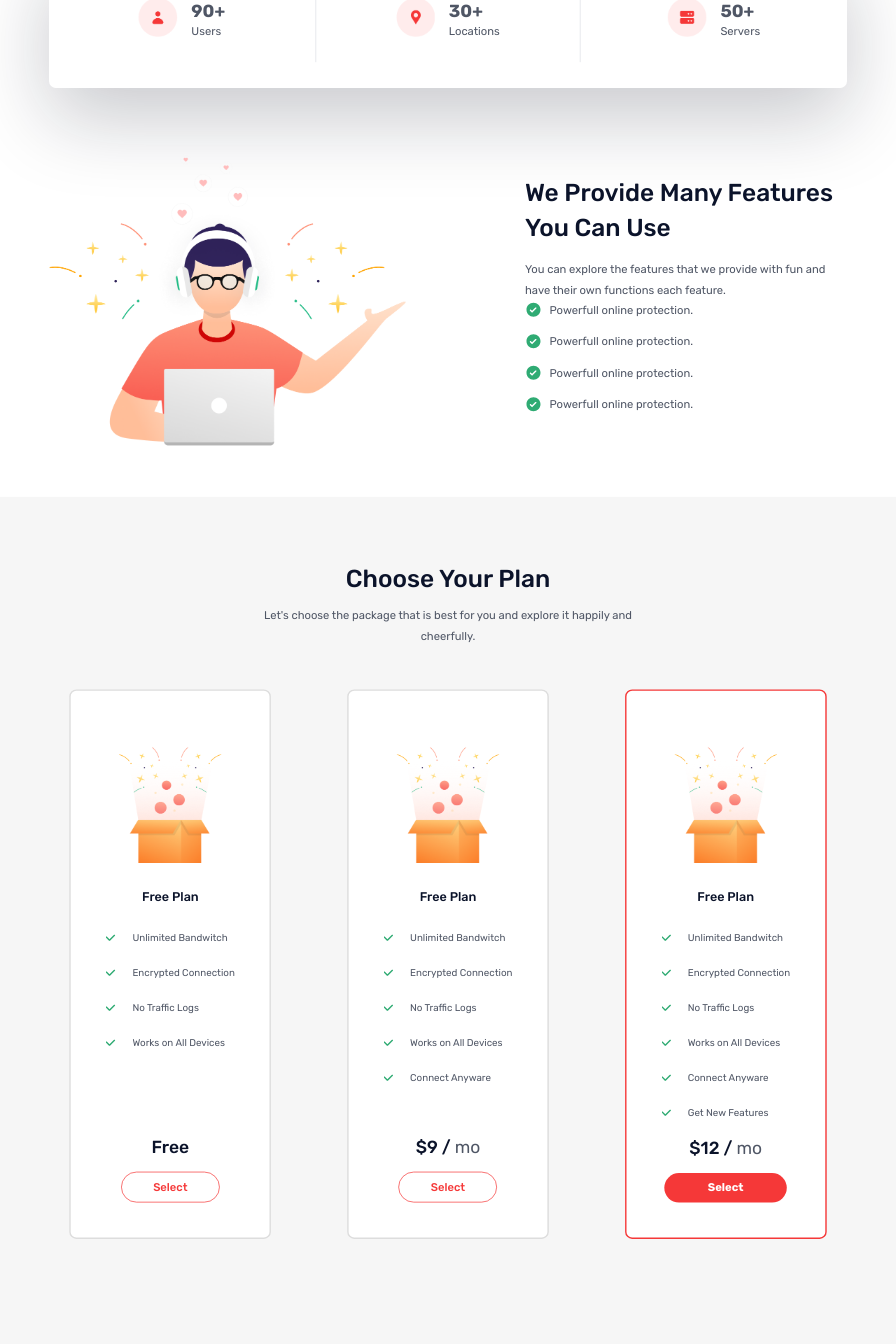
Repository: PhamTrungNguyen/LuyenTap
Page: LT_Figma/index.html
An editor plug-in stored every save of this project. The page is shown before and after a run of saves, followed by the edit.
The browser window is 1280 px wide. The pictures show the part of the page from y = 677 to 2597 px (the page is 2597 px tall), at 70% of full size.
Some web libraries are served in a nearby version. The style sheet was rebuilt from its Sass, Less or Tailwind sources for each picture, by a compiler version that may differ from the author's.

Above is the page before, as saved 2021-12-08 22:47:59.
Console error: TypeError: Cannot read properties of null (reading 'addEventListener')

### LT_Figma/index.html
<!DOCTYPE html>
<html lang="en">

<head>
  <meta charset="UTF-8" />
  <meta http-equiv="X-UA-Compatible" content="IE=edge" />
  <meta name="viewport" content="width=device-width, initial-scale=1.0" />
  <title>Lasles VPN</title>
  <link rel="stylesheet" href="./css/reset.css">
  <link rel="stylesheet" href="./css/app.css" />
  <!-- Link font chữ -->
  <link rel="preconnect" href="https://fonts.googleapis.com">
  <link rel="preconnect" href="https://fonts.gstatic.com" crossorigin>
  <link href="https://fonts.googleapis.com/css2?family=Rubik:wght@400;500;700&display=swap" rel="stylesheet">
</head>

<body>
  <div class="wrapper">
    <!-- ---------------------------------- Phần header ---------------------------------- -->
    <header class="header">
      <div class="container">
        <div class="header-container">
          <img srcset="./images/logo.png 2x" alt="" class="header-logo"> <!-- độ nét logo -->
          <ul class="menu">
            <li class="menu-item">
              <a href="#" class="menu-link">About</a>
            </li>
            <li class="menu-item">
              <a href="#" class="menu-link">Features</a>
            </li>
            <li class="menu-item">
              <a href="#" class="menu-link">Pricing</a>
            </li>
            <li class="menu-item">
              <a href="#" class="menu-link">Testimonials</a>
            </li>
            <li class="menu-item">
              <a href="#" class="menu-link">Help</a>
            </li>
          </ul>
          <div class="header-user">
            <a href="#" class="header-user_in">Sign In</a>
            <a href="#" class="button button--outline">Sign Up</a>
          </div>
        </div>
      </div>
    </header>

    <!-- ---------------------------------- Phần hero ---------------------------------- -->
    <section class="hero">
      <div class="container">
        <div class="hero-container">
          <div class="hero-content">
            <h2 class="hero-content_heading">Want anything to be easy with LaslesVPN.</h2>
            <span class="hero-content_desc">Provide a network for all your needs with ease and fun using
              <strong>LaslesVPN</strong> discover interesting features from us.</span>
            <a href="#" class="button button--primary">Get Started</a>
          </div>
          <div class="hero-image">
            <img srcset="./images/hero-image.png 2x" alt="">
          </div>
        </div>
      </div>
    </section>

    <!-- ---------------------------------- Phần intro ---------------------------------- -->
    <section class="intro">
      <div class="container">
        <div class="intro-container">
          <div class="intro-item">
              <div class="intro-item_user">
                <img srcset="./images/user.png 2x" alt="">
              </div>
              <div class="intro-item_info">
                <h2 class="intro-item_info__number">90+</h2>
                <span class="intro-item_intro__desc">Users</span>
              </div>
          </div>
          <div class="intro-item">
              <div class="intro-item_user">
                <img srcset="./images/location.png 2x" alt="">
              </div>
              <div class="intro-item_info">
                <h2 class="intro-item_info__number">30+</h2>
                <span class="intro-item_intro__desc">Locations</span>
              </div>
          </div>
          <div class="intro-item">
              <div class="intro-item_user">
                <img srcset="./images/server.png 2x" alt="">
              </div>
              <div class="intro-item_info">
                <h2 class="intro-item_info__number">50+</h2>
                <span class="intro-item_intro__desc">Servers</span>
              </div>
          </div>
        </div>
      </div>
    </section>
     <!-- ---------------------------------- Phần Features ---------------------------------- -->
     <section class="feature">
       <div class="container">
         <div class="feature-container">
           <div class="feature-image">
             <img srcset="./images/feature-image.png 2x" alt="">
           </div>
           <div class="feature-content">
             <h3 class="feature-title">We Provide Many Features You Can Use</h3>
             <span class="feature-desc">You can explore the features that we provide with fun and have their own functions each feature.</span>
             <ul class="feature-list">
               <li class="feature-item">
                 <img src="./images/icon-check.svg" alt="" class="feature-item_check">
                 <span class="feature-item_text">Powerfull online protection.</span>
               </li>
               <li class="feature-item">
                 <img src="./images/icon-check.svg" alt="" class="feature-item_check">
                 <span class="feature-item_text">Powerfull online protection.</span>
               </li>
               <li class="feature-item">
                 <img src="./images/icon-check.svg" alt="" class="feature-item_check">
                 <span class="feature-item_text">Powerfull online protection.</span>
               </li>
               <li class="feature-item">
                 <img src="./images/icon-check.svg" alt="" class="feature-item_check">
                 <span class="feature-item_text">Powerfull online protection.</span>
               </li>
             </ul>
           </div>
         </div>
       </div>
     </section>

     <!-- ---------------------------------- Phần Plan ---------------------------------- -->
     <section class="plan">
       <div class="container">
         <div class="plan-container">
           <div class="plan-heading">
             <h3 class="plan-heading_title">Choose Your Plan</h3>
             <span class="plan-heading_desc">Let's choose the package that is best for you and explore it happily and cheerfully.</span>
           </div>
           <div class="plan-main">
             <div class="plan-item">
               <div class="plan-item_image">
                 <img srcset="./images/plan.png 2x" alt="">
               </div>
               <h3 class="plan-item_title">Free Plan</h3>
               <ul class="plan-item--list">
                 <li class="plan-item_text">
                   <img src="./images/icon-check-line.svg" alt="" class="plan-item_icon">
                   <span class="plan-item_desc">Unlimited Bandwitch</span>
                 </li>
                 <li class="plan-item_text">
                   <img src="./images/icon-check-line.svg" alt="" class="plan-item_icon">
                   <span class="plan-item_desc">Encrypted Connection</span>
                 </li>
                 <li class="plan-item_text">
                   <img src="./images/icon-check-line.svg" alt="" class="plan-item_icon">
                   <span class="plan-item_desc">No Traffic Logs</span>
                 </li>
                 <li class="plan-item_text">
                   <img src="./images/icon-check-line.svg" alt="" class="plan-item_icon">
                   <span class="plan-item_desc">Works on All Devices</span>
                 </li>
               </ul>
               <h2 class="plan-item_free">Free</h2>
               <a href="#" class="button button--outline">Select</a>
             </div>

             <div class="plan-item">
               <div class="plan-item_image">
                 <img srcset="./images/plan.png 2x" alt="">
               </div>
               <h3 class="plan-item_title">Free Plan</h3>
               <ul class="plan-item--list">
                 <li class="plan-item_text">
                   <img src="./images/icon-check-line.svg" alt="" class="plan-item_icon">
                   <span class="plan-item_desc">Unlimited Bandwitch</span>
                 </li>
                 <li class="plan-item_text">
                   <img src="./images/icon-check-line.svg" alt="" class="plan-item_icon">
                   <span class="plan-item_desc">Encrypted Connection</span>
                 </li>
                 <li class="plan-item_text">
                   <img src="./images/icon-check-line.svg" alt="" class="plan-item_icon">
                   <span class="plan-item_desc">No Traffic Logs</span>
                 </li>
                 <li class="plan-item_text">
                   <img src="./images/icon-check-line.svg" alt="" class="plan-item_icon">
                   <span class="plan-item_desc">Works on All Devices</span>
                 </li>
                 <li class="plan-item_text">
                   <img src="./images/icon-check-line.svg" alt="" class="plan-item_icon">
                   <span class="plan-item_desc">Connect Anyware</span>
                 </li>
               </ul>
               <h2 class="plan-item_free">$9 / <span>mo</span></h2>
               <a href="#" class="button button--outline">Select</a>
             </div>

             <div class="plan-item plan-active">
               <div class="plan-item_image">
                 <img srcset="./images/plan.png 2x" alt="">
               </div>
               <h3 class="plan-item_title">Free Plan</h3>
               <ul class="plan-item--list">
                 <li class="plan-item_text">
                   <img src="./images/icon-check-line.svg" alt="" class="plan-item_icon">
                   <span class="plan-item_desc">Unlimited Bandwitch</span>
                 </li>
                 <li class="plan-item_text">
                   <img src="./images/icon-check-line.svg" alt="" class="plan-item_icon">
                   <span class="plan-item_desc">Encrypted Connection</span>
                 </li>
                 <li class="plan-item_text">
                   <img src="./images/icon-check-line.svg" alt="" class="plan-item_icon">
                   <span class="plan-item_desc">No Traffic Logs</span>
                 </li>
                 <li class="plan-item_text">
                   <img src="./images/icon-check-line.svg" alt="" class="plan-item_icon">
                   <span class="plan-item_desc">Works on All Devices</span>
                 </li>
                 <li class="plan-item_text">
                   <img src="./images/icon-check-line.svg" alt="" class="plan-item_icon">
                   <span class="plan-item_desc">Connect Anyware</span>
                 </li>
                 <li class="plan-item_text">
                   <img src="./images/icon-check-line.svg" alt="" class="plan-item_icon">
                   <span class="plan-item_desc">Get New Features</span>
                 </li>
               </ul>
               <h2 class="plan-item_free">$12 / <span>mo</span></h2>
               <a href="#" class="button button--rounded">Select</a>
             </div>




           </div>
         </div>
       </div>
     </section>

  </div>

  <script type="text/javascript" src="https://code.jquery.com/jquery-1.11.0.min.js"></script>
  <script type="text/javascript" src="https://code.jquery.com/jquery-migrate-1.2.1.min.js"></script>
  <script type="text/javascript" src="https://cdn.jsdelivr.net/npm/slick-carousel@1.8.1/slick/slick.min.js"></script>
  <script src="./scripts/app.js"></script>
  <!-- sass ./sass/app.scss ./css/app.css --watch -->
</body>

</html>

### LT_Figma/css/reset.css
/* http://meyerweb.com/eric/tools/css/reset/
   v2.0 | 20110126
   License: none (public domain)
*/

html,
body,
div,
span,
applet,
object,
iframe,
h1,
h2,
h3,
h4,
h5,
h6,
p,
blockquote,
pre,
a,
abbr,
acronym,
address,
big,
cite,
code,
del,
dfn,
em,
img,
ins,
kbd,
q,
s,
samp,
small,
strike,
strong,
sub,
sup,
tt,
var,
b,
u,
i,
center,
dl,
dt,
dd,
ol,
ul,
li,
fieldset,
form,
label,
legend,
table,
caption,
tbody,
tfoot,
thead,
tr,
th,
td,
article,
aside,
canvas,
details,
embed,
figure,
figcaption,
footer,
header,
hgroup,
menu,
nav,
output,
ruby,
section,
summary,
time,
mark,
audio,
video {
  margin: 0;
  padding: 0;
  border: 0;
  font-size: 100%;
  font: inherit;
  vertical-align: baseline;
}
/* HTML5 display-role reset for older browsers */
article,
aside,
details,
figcaption,
figure,
footer,
header,
hgroup,
menu,
nav,
section {
  display: block;
}
body {
  line-height: 1;
}
ol,
ul {
  list-style: none;
}
blockquote,
q {
  quotes: none;
}
blockquote:before,
blockquote:after,
q:before,
q:after {
  content: "";
  content: none;
}
table {
  border-collapse: collapse;
  border-spacing: 0;
}

### LT_Figma/scripts/app.js
$(".customer-list").slick({
  infinite: true,
  slidesToShow: 3,
  slidesToScroll: 1,
  dots: true,
  prevArrow: `<button type='button' class='slick-prev pull-left'><img src="./images/arrow-left.svg"/></button>`,
  nextArrow: `<button type='button' class='slick-next pull-right'><img src="./images/arrow-right.svg"/></button>`,
  responsive: [
    {
      breakpoint: 1024,
      settings: {
        slidesToShow: 2,
        slidesToScroll: 1,
        infinite: true,
        arrows: false,
      },
    },
    {
      breakpoint: 480,
      settings: {
        slidesToShow: 1,
        slidesToScroll: 1,
        infinite: true,
        arrows: false,
      },
    },
  ],
});
const toggle = document.querySelector(".menu-toggle");
const menu = document.querySelector(".menu");
const activeClass = "is-show";
toggle.addEventListener("click", function () {
  menu.classList.add(activeClass);
});
window.addEventListener("click", function (e) {
  if (!menu.contains(e.target) && !e.target.matches(".menu-toggle")) {
    menu.classList.remove(activeClass);
  }
});

### LT_Figma/sass/app.scss
@import "reset";
@import "variables";
@import "global";

@import "header";
@import "hero";
@import "intro";
@import "feature";
@import "plan";

### LT_Figma/sass/_reset.scss
/* http://meyerweb.com/eric/tools/css/reset/
   v2.0 | 20110126
   License: none (public domain)
*/

html,
body,
div,
span,
applet,
object,
iframe,
h1,
h2,
h3,
h4,
h5,
h6,
p,
blockquote,
pre,
a,
abbr,
acronym,
address,
big,
cite,
code,
del,
dfn,
em,
img,
ins,
kbd,
q,
s,
samp,
small,
strike,
strong,
sub,
sup,
tt,
var,
b,
u,
i,
center,
dl,
dt,
dd,
ol,
ul,
li,
fieldset,
form,
label,
legend,
table,
caption,
tbody,
tfoot,
thead,
tr,
th,
td,
article,
aside,
canvas,
details,
embed,
figure,
figcaption,
footer,
header,
hgroup,
menu,
nav,
output,
ruby,
section,
summary,
time,
mark,
audio,
video {
  margin: 0;
  padding: 0;
  border: 0;
  font-size: 100%;
  font: inherit;
  vertical-align: baseline;
  text-decoration: none;
}
/* HTML5 display-role reset for older browsers */
article,
aside,
details,
figcaption,
figure,
footer,
header,
hgroup,
menu,
nav,
section {
  display: block;
}
body {
  line-height: 1;
}
ol,
ul {
  list-style: none;
}
blockquote,
q {
  quotes: none;
}
blockquote:before,
blockquote:after,
q:before,
q:after {
  content: "";
  content: none;
}
table {
  border-collapse: collapse;
  border-spacing: 0;
}
*,
*:after,
*:before {
  margin: 0;
  padding: 0;
  box-sizing: border-box;
}

### LT_Figma/sass/_variables.scss
$font-1: "Rubik", sans-serif;
$text-color: #4F5665;
$title-color: #0b132a;
$red-color: #F53838;
$gray-color: #dde0e4;
$gray-light-color: #f8f8f8;
$gray-lighter-color: #ddd;

### LT_Figma/sass/_global.scss
body {
  line-height: 1;
  font-family: $font-1;
  color: $text-color;
  font-weight: 400;
  font-size: 16px;
  background-color: white;
}
html {
  font-size: 62.5%;
}
button {
  cursor: pointer;
  outline: none;
  border: none;
  font-family: $font-1;
}
.wrapper {
  // lớp bao ngoài
  max-width: 1440px;
  margin: 0 auto;
}
.container {
  // container bên trong
  max-width: 1240px;
  margin: 0 auto;
  padding: 0 50px;
}
.button {
  display: inline-block;
  padding: 13px 45px;
  border-radius: 100rem;
  font-family: $font-1;
  line-height: 1;
  font-size: 16px;
  cursor: pointer;
  border: none;
  outline: none;
  &--primary {
    font-weight: 700;
    background-color: $red-color;
    color: white;
    border-radius: 10px;
    padding: 17px 77px;
    position: relative;
    &:after {
      content: "";
      background: rgba(245, 56, 56, 0.979);
      filter: blur(26px);
      position: absolute;
      top: 80%;
      left: 50%;
      transform: translate(-50%, -50%);
      width: 80%;
      height: 100%;
      z-index: -1;
    }
  }
  &--outline {
    background-color: transparent;
    color: $red-color;
    font-weight: 500;
    border: 1px solid;
  }
  &--rounded {
    font-weight: 700;
    background-color: $red-color;
    color: white;
    padding: 13px 62px;
    position: relative;
    &:after {
      content: "";
      background: rgba(245, 56, 56, 0.979);
      filter: blur(26px);
      position: absolute;
      top: 80%;
      left: 50%;
      transform: translate(-50%, -50%);
      width: 80%;
      height: 100%;
      z-index: -1;
    }
  }
}

### LT_Figma/sass/_header.scss
.header {
  padding-top: 50px;
  padding-bottom: 90px;
  &-container {
    display: flex;
    justify-content: space-between;
    align-items: center;
    flex-wrap: wrap;
    position: relative;
  }
  &-user {
    font-weight: 500;
    &_in {
      margin-right: 3rem;
      color: $title-color;
    }
  }
}
.menu {
  display: flex;
  align-items: center;
  list-style: none;
  gap: 0 40px;
  &-link {
    color: $text-color;
  }
}
@media screen and (max-width: 1023px) {
  .header-user {
    position: absolute;
    right: 0;
    top: 80%;
    transform: translateY(50%);
  }
}
@media  screen and (max-width:767px){
  .menu{
    display: none;
  }

}

### LT_Figma/sass/_hero.scss
.hero {
  padding-bottom: 100px;
  &-container {
    display: flex;
    justify-content: space-between;
    align-items: center;
    gap: 0 40px;
    position: relative;
  }
  &-content {
    width: 100%;
    max-width: 555px;
    &_heading {
      font-weight: 500;
      color: $title-color;
      font-size: 50px;
      line-height: calc(70 / 50);
      margin-bottom: 2rem;
    }
    &_desc {
      display: block;
      line-height: calc(30 / 16);
      margin-bottom: 5rem;
      strong {
        font-weight: 500;
      }
    }
  }
  &-image {
    // đỡ mất kích thước của ảnh
    position: absolute;
    top: 50%;
    right: 0;
    transform: translate(40px, -50%);
  }

}
@media  screen and (max-width:1279px){
  .hero-image {
    // đỡ mất kích thước của ảnh
    position:inherit;
    transform: none;
    img{
      width: 100%;
    }
  }
  .hero-content {
    width: 100%;
    max-width: 455px;
}
  .hero-content_heading {

    font-size: 45px;

}

}
@media screen and (max-width: 1023px) {
  .hero-content_heading {
    color: #0b132a;
    font-size: 30px;
  }
}
@media  screen and (max-width:767px){
    .hero-container {
        flex-direction: column-reverse;
        gap: 50px 0;
    }
    .hero-content_heading {
        color: #0b132a;
        font-size: 23px;
    }



}

### LT_Figma/sass/_intro.scss
.intro {
  margin-bottom: 95px;
  &-container {
    padding: 37px 0;
    box-shadow: 0 42px 114px 0 rgba(13, 16, 37, 0.226);
    display: grid;
    grid-template-columns: repeat(3, minmax(0, 1fr));
    border-radius: 10px;
    background-color: #fff;
  }
  &-item {
    display: flex;
    justify-content: center;
    align-items: center;

    &_user {
      margin-right: 2rem;
    }
    &_info {
      &__number {
        font-weight: 700;
        font-size: 25px;
        margin-bottom: 6px;
        line-height: calc(30 / 25);
      }
      &__desc{
        line-height: calc(30 / 20);
      }
    }
    height: 125px;
  }
}
@media screen and (min-width: 768px) {
  .intro-item:nth-child(2) {
    border-right: 2px solid #eeeff2;
    border-left: 2px solid #eeeff2;
  }
}

@media screen and (max-width: 767px) {
  .intro-container {
    grid-template-columns: 100%;
  }
  .intro-item {
    flex-direction: row;
    // text-align: center;
  }
  .intro-item:nth-child(2){
      padding-left: 2rem;

  }
}

### LT_Figma/sass/_feature.scss
.feature{
    padding-bottom: 7rem;
    &-container{
        display:flex;
        justify-content: space-between;
        align-items: center;
        gap: 0 170px;
    }
    &-image{
        // width: 100%;
    }
    &-content{

    }
    &-title{
        color:$title-color;
        font-weight: 500;
        font-size: 35px;
        line-height: calc(50/35);
        margin-bottom: 2rem;
    }
    &-desc{
        line-height: calc(30/16);
        margin-bottom: 2rem;
    }
    &-item{
        // list-style: none;
        &_check{
            margin-right: 1rem;
        }
        display: flex;
        align-items: center;
        margin-bottom: 2rem;
    }
}
@media  screen and (max-width:1279px){
    .feature-container {
        gap: 0 90px;
    }

}
@media  screen and (max-width:1023px){
    .feature-image {
        img{
            width: 155%;
        }
    }
    .feature-container {
        gap: 0 150px;
    }

}
@media  screen and (max-width:767px){
    .feature-container {
        flex-direction: column;
    }
    .feature-image img {
        width: 100%;
    }
    .feature-container {
        gap: 50px 0;
    }
    .feature-content{
        display: flex;
        flex-direction: column;
        align-items: center;
        margin: 0 auto;
    }

}

### LT_Figma/sass/_plan.scss
.plan{
    background-color: #F6F6F6;
    padding-bottom: 15rem;
    &-heading{
        padding-top: 10rem;
        margin: 0 auto;
        text-align: center;
        max-width:530px;
        margin-bottom: 6rem;
        &_title{
            font-weight: 500;
            font-size: 35px;
            margin-bottom: 2rem;
            color:$title-color;
        }
        &_desc{
            line-height: calc(30 /16);
        }
    }
    &-main{
        display: grid;
        grid-template-columns: repeat(3, 1fr);
        gap: 0 50px;

    }
    &-item{
        border: 2px solid #DDDDDD;
        background-color: #FFFFFF;
        border-radius:10px;
        margin:0 auto;
        display: flex;
        flex-direction: column;
        align-items: center;
        padding: 80px 50px 50px;
        &_image{
            margin-bottom: 30px;
        }
        &_title{
            color:$title-color;
            font-weight: 500;
            font-size: 18px;
            line-height: calc(30/18);
            margin-bottom: 3rem;
        }
        &_text{
            margin-bottom: 2rem;
        }
        &_icon{
            margin-right: 2rem;
        }
        &_desc{
            font-size: 14px;
            line-height: calc(30/14);
        }
        &_free{
            margin-top: auto;
            font-weight: 500;
            font-size: 25px;
            line-height: calc(30/25);
            color:$title-color;
            margin-bottom: 2rem;
            span{
                font-weight: 400;
                color:$text-color;
            }
        }

    }
    &-active{
        border: 2px solid $red-color;
    }
}

After the next 2 saves:
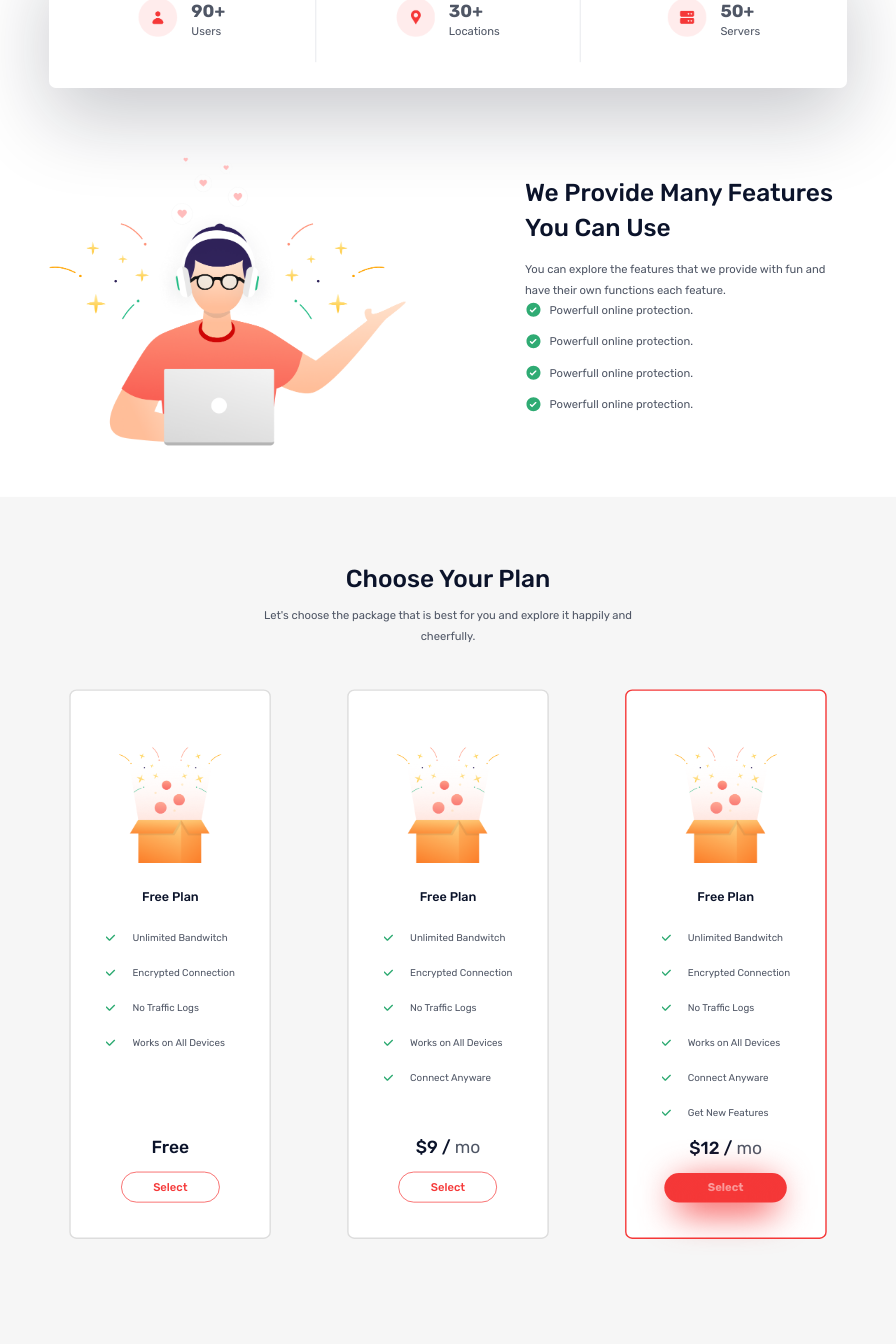
The 2 saves are shown as one change because they came seconds apart.
The last was saved 8 s later.
--- a/LT_Figma/sass/_global.scss
+++ b/LT_Figma/sass/_global.scss
@@ -78,7 +78,7 @@ button {
       transform: translate(-50%, -50%);
       width: 80%;
       height: 100%;
-      z-index: -1;
+      z-index: 1;
     }
   }
 }
